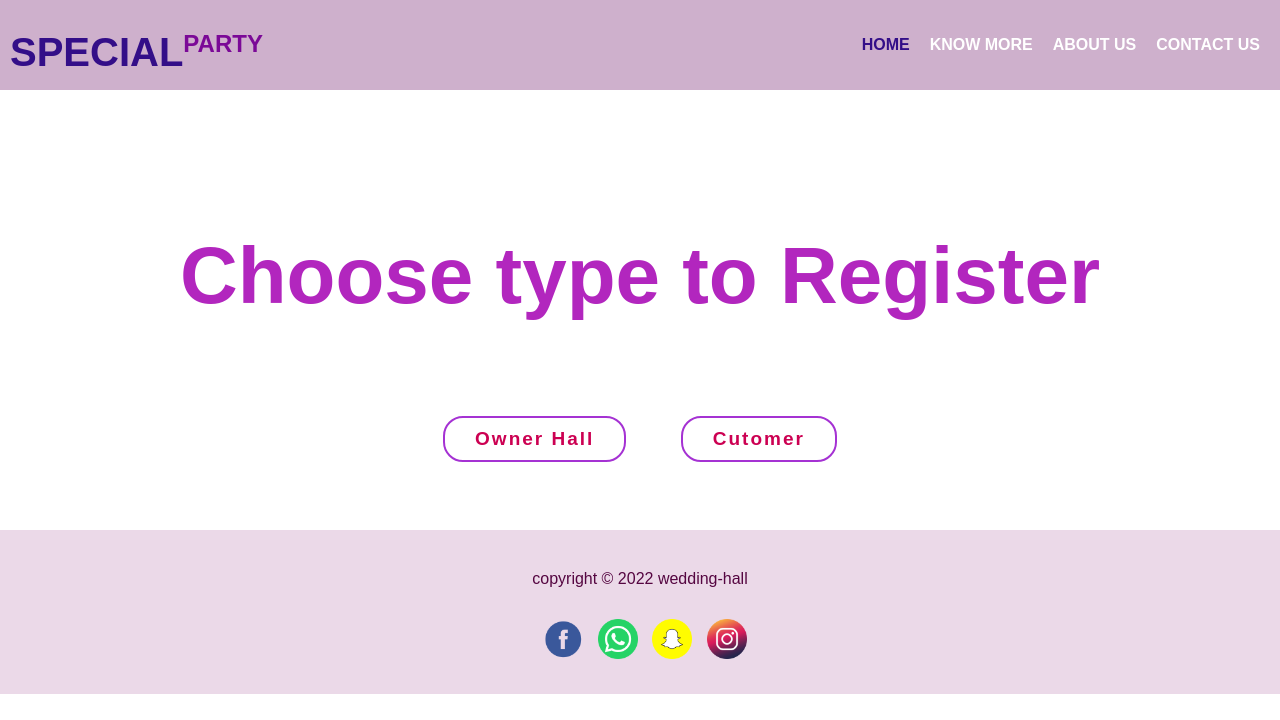
Repository: special4Party/Graduation-project-wedding-hall
Page: include/temp/choosing_type_signup.html
These files come from the project's save history. The page is drawn as it stood at one moment and after the next save; the edit follows.
The browser window is 1280 px wide. The pictures show the whole page.

Above is the page before, as saved 2022-04-14 14:27:24.

After the next save:
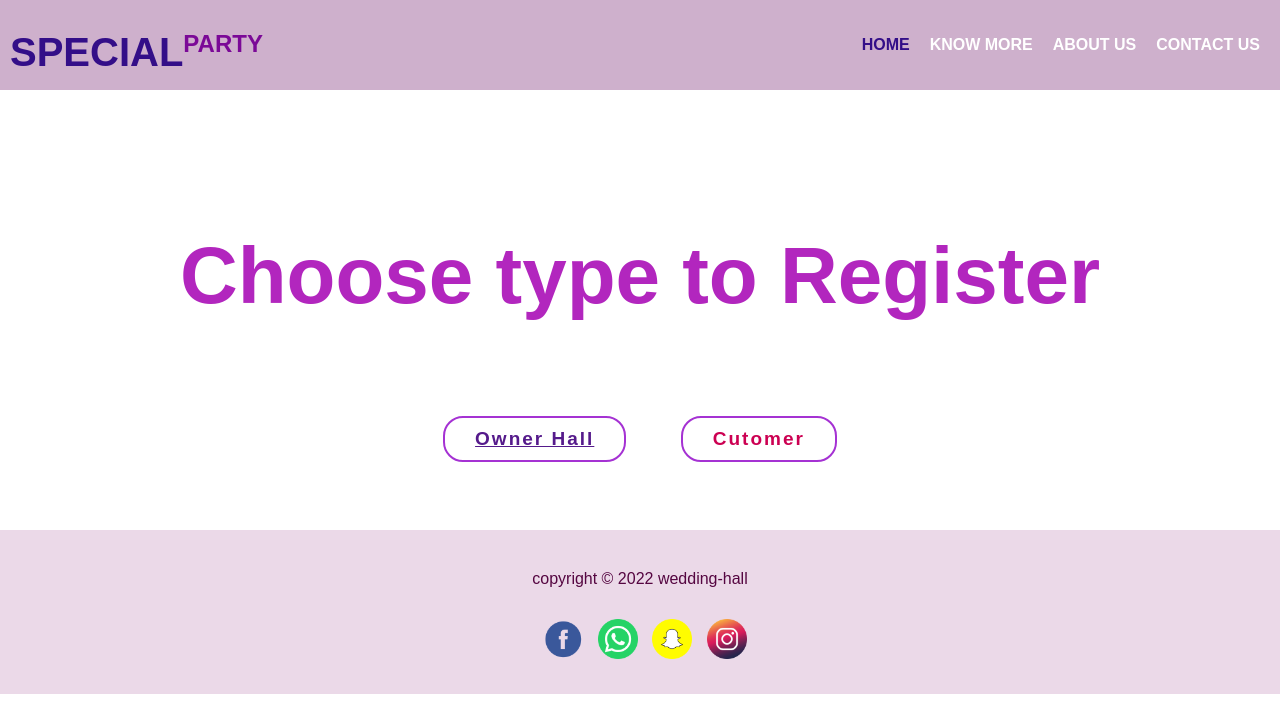
Saved 44 s later.
--- a/include/temp/choosing_type_signup.html
+++ b/include/temp/choosing_type_signup.html
@@ -28,7 +28,7 @@
 <div class="container-body">
     <div class="content">
         <h1>Choose type to Register</h1>
-        <button class="btn">Owner Hall</button>
+        <button class="btn"><a href="">Owner Hall</a></button>
         <button class="btn">Cutomer</button>
     </div>
 </div>
